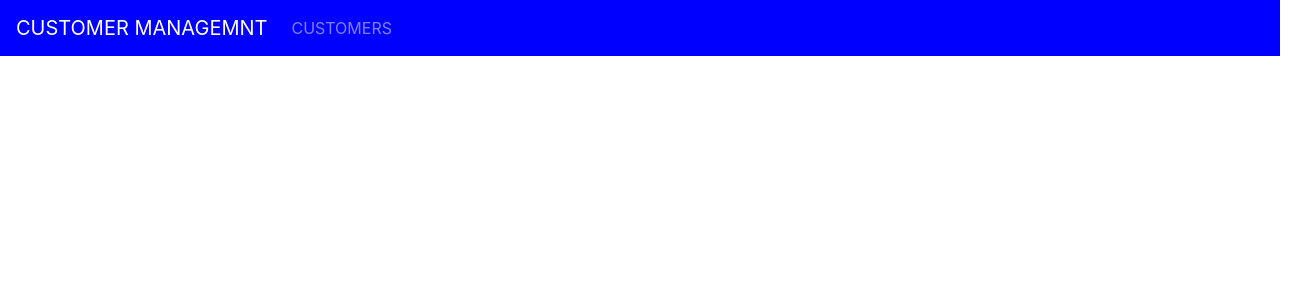
Repository: shruti-2522/webdirekt-assignment
Page: http://localhost/Customer-Project/
These files come from the project's save history. The page is drawn as it stood at one moment and after the next save; the edit follows.
The browser window is 1280 px wide. The page is 1280 px wide, then 1295 px, so the pictures cover 1295 px, including what lies to the right of the window. The pictures show the whole page.
The page is served by Tomcat 9. Other server files are loaded and not shown. Queries for data that is not in the repository find no rows.

Above is the page before, as saved 2021-07-05 10:50:09.

### Customer-Project/src/main/webapp/customer-list.jsp
<%@ page language="java" contentType="text/html; charset=ISO-8859-1"
    pageEncoding="ISO-8859-1"%>
<!DOCTYPE html>
<html>
<head>
<meta charset="ISO-8859-1">
<title>CUSTOMER LIST</title>
<link rel="stylesheet"
	href="https://cdn.jsdelivr.net/npm/bootstrap@4.5.3/dist/css/bootstrap.min.css"
	integrity="sha384-TX8t27EcRE3e/ihU7zmQxVncDAy5uIKz4rEkgIXeMed4M0jlfIDPvg6uqKI2xXr2"
	crossorigin="anonymous">
</head>
<body>
<header>
		<nav class="navbar navbar-expand-md navbar-dark"
			style="background-color: blue">
			<div>
				<a class="navbar-brand">CUSTOMER MANAGEMNT</a>
			</div>

			<ul class="navbar-nav">
				<li><a href="<%=request.getContextPath()%>/list"
					class="nav-link">CUSTOMERS</a></li>
			</ul>
		</nav>


	</header>


	<div class="row">
	<div class="container"></div>

	</div>


</body>
</html>

### Customer-Project/src/main/java/com/user/customer/Web/customerServlet.java
package com.user.customer.Web;

import java.io.IOException;
import java.sql.SQLException;
import java.util.List;

import javax.servlet.RequestDispatcher;
import javax.servlet.ServletException;
import javax.servlet.annotation.WebServlet;
import javax.servlet.http.HttpServlet;
import javax.servlet.http.HttpServletRequest;
import javax.servlet.http.HttpServletResponse;

import com.user.customer.Dao.customerDao;
import com.user.customer.Model.Customer;

@WebServlet("/")
public class customerServlet extends HttpServlet {
	private static final long serialVersionUID = 1L;
	private customerDao customerdao;

	public void init() {
		customerdao = new customerDao();

	}

	protected void doPost(HttpServletRequest request, HttpServletResponse response)
			throws ServletException, IOException {

		doGet(request, response);
	}

	protected void doGet(HttpServletRequest request, HttpServletResponse response)
			throws ServletException, IOException {
		String action = request.getContextPath();

		try {
			switch (action) {
			case "/new":
				showNewForm(request, response);
				break;
			case "/insert":
				insertCustomer(request, response);
				break;
			case "/edit":
				showEditForm(request, response);

				break;
			case "/update":
				updateCustomer(request, response);

				break;
			case "/delete":
				deleteCustomer(request, response);
				break;

			default:
				listCustomer(request, response);
				break;
			}
		} catch (SQLException e) {
			throw new ServletException();
		}
	}

	// new
	private void showNewForm(HttpServletRequest request, HttpServletResponse response)
			throws ServletException, IOException {
		RequestDispatcher r1 = request.getRequestDispatcher("customer-form.jsp");
		r1.forward(request, response);

	}

	// insert
	private void insertCustomer(HttpServletRequest request, HttpServletResponse response)
			throws SQLException, IOException {
		String name = request.getParameter("name");
		String addr1 = request.getParameter("addr1");
		String addr2 = request.getParameter("addr2");
		String street = request.getParameter("street");
		String country = request.getParameter("country");
		int zip = Integer.parseInt(request.getParameter("zip"));
		String city = request.getParameter("city");
		int phone = Integer.parseInt(request.getParameter("phone"));
		int fax = Integer.parseInt(request.getParameter("fax"));
		String web = request.getParameter("web");
		String email = request.getParameter("email");
		String notes = request.getParameter("notes");

		Customer c1 = new Customer(name, addr1, addr2, street, country, zip, city, phone, fax, web, email, notes);
		customerdao.insertCustomer(c1);
		response.sendRedirect("list");

	}

	private void showEditForm(HttpServletRequest request, HttpServletResponse response)
			throws ServletException, IOException, SQLException {

		int id = Integer.parseInt(request.getParameter("id"));

		Customer c2 = customerdao.selectCustomer(id);
		RequestDispatcher r2 = request.getRequestDispatcher("customer-form.jsp");
		request.setAttribute("customer", c2);

		r2.forward(request, response);

	}

	// update
	private void updateCustomer(HttpServletRequest request, HttpServletResponse response) throws SQLException, IOException {
		int id = Integer.parseInt(request.getParameter("id"));
		String name = request.getParameter("name");
		String addr1 = request.getParameter("addr1");
		String addr2 = request.getParameter("addr2");
		String street = request.getParameter("street");
		String country = request.getParameter("country");
		int zip = Integer.parseInt(request.getParameter("zip"));
		String city = request.getParameter("city");
		int phone = Integer.parseInt(request.getParameter("phone"));
		int fax = Integer.parseInt(request.getParameter("fax"));
		String web = request.getParameter("web");
		String email = request.getParameter("email");
		String notes = request.getParameter("notes");

		Customer c1 = new Customer(name, addr1, addr2, street, country, zip, city, phone, fax, web, email, notes);
		customerdao.updateCustomer(c1);
		response.sendRedirect("list");

	}

	private void deleteCustomer(HttpServletRequest request, HttpServletResponse response)
			throws SQLException, IOException {
		int id = Integer.parseInt(request.getParameter("id"));
		customerdao.delCustomer(id);
		response.sendRedirect("list");

	}

	private void listCustomer(HttpServletRequest request, HttpServletResponse response)
			throws SQLException, ServletException, IOException {
		List<Customer> listCustomer = customerdao.selectAllCustomer();
		request.setAttribute("listCustomer", listCustomer);
		RequestDispatcher r6 = request.getRequestDispatcher("customer-list.jsp");
		r6.forward(request, response);

	}

}

After the next save:
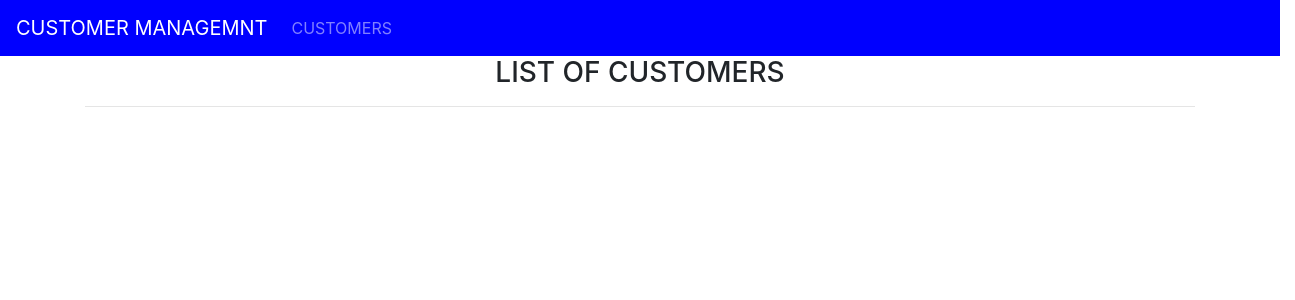
Saved 34 s later.
--- a/Customer-Project/src/main/webapp/customer-list.jsp
+++ b/Customer-Project/src/main/webapp/customer-list.jsp
@@ -29,7 +29,10 @@
 
 
 	<div class="row">
-	<div class="container"></div>
+	<div class="container">
+	<h3 class="text-center">LIST OF  CUSTOMERS</h3>
+	<hr>
+	</div>
 
 	</div>
 
